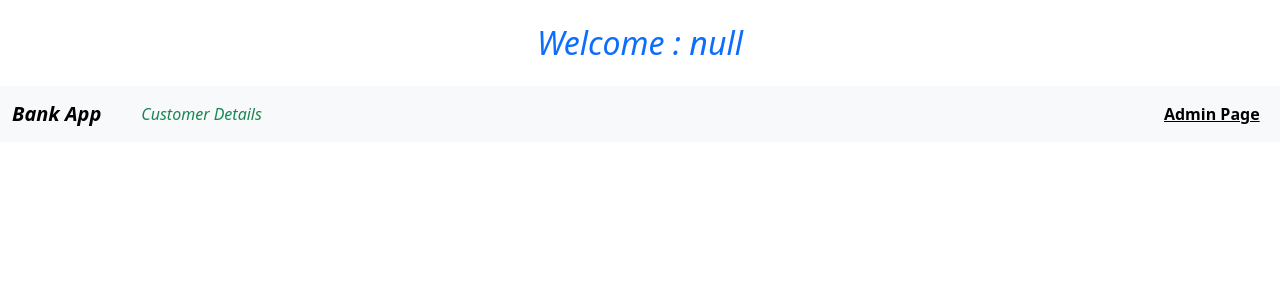
Repository: Niket-mishra/Dummy
Page: http://localhost/Mini-Project/GenerateAccountNumber.jsp
The author's editor kept a copy of each file at every save. The page is drawn from the files as they stood at one save, then again after the next save.
The browser window is 1280 px wide. The pictures show the whole page.
The page is served by Tomcat 10.

Above is the page before, as saved 2024-05-10 16:25:13.

After the next save:
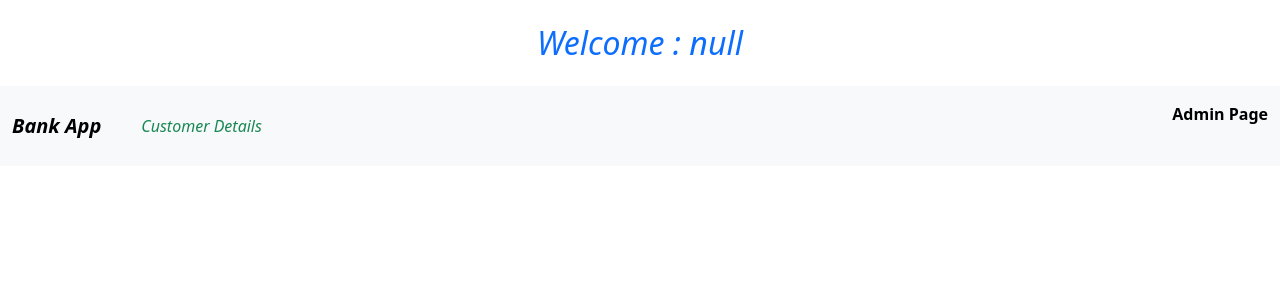
Saved 86 s later.
--- a/Mini-Project/src/main/webapp/GenerateAccountNumber.jsp
+++ b/Mini-Project/src/main/webapp/GenerateAccountNumber.jsp
@@ -30,7 +30,7 @@
         </li>
       </ul>
       <span class="navbar-text">
-        <b> <a href ="AdminHomePage.jsp">Admin Page</a> &nbsp;</b>
+        <b> <a href ="AdminHomePage.jsp" class="nav-link">Admin Page</a> &nbsp;</b>
       </span>
     </div>
   </div>
